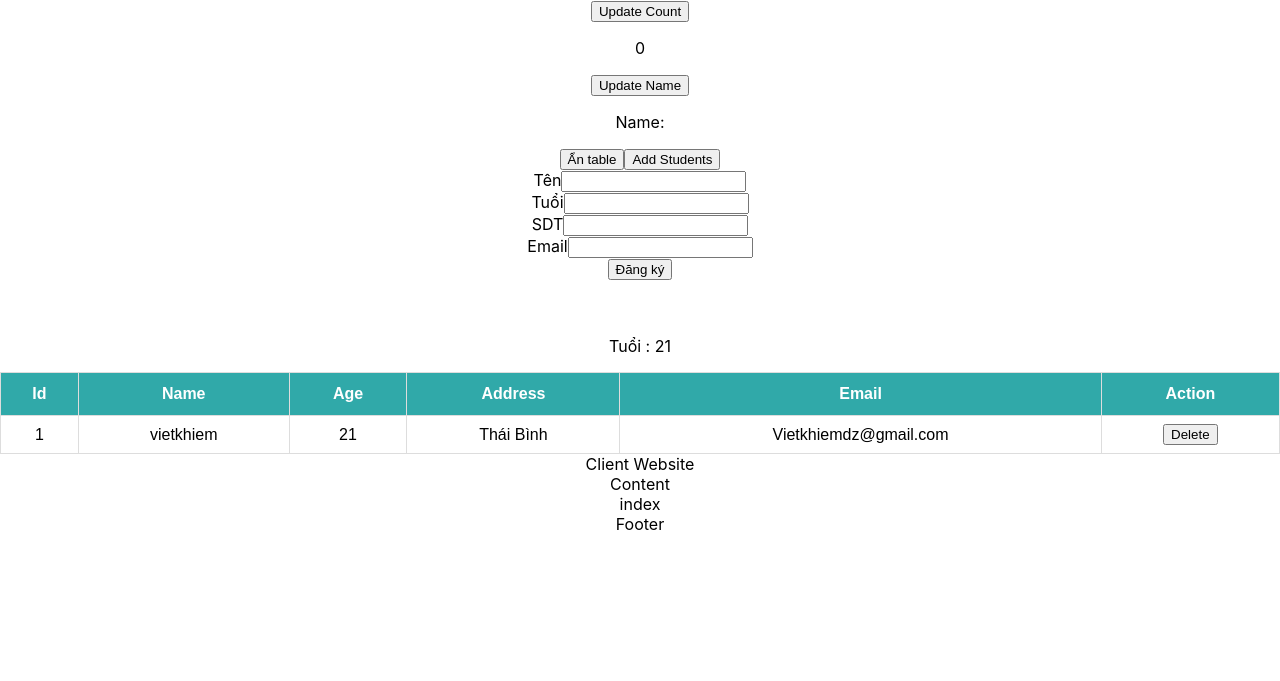
Repository: vietkhiem/TypeScript
Page: /
These files come from the project's save history. The page is drawn as it stood at one moment and after the next save; the edit follows.
The browser window is 1280 px wide. The pictures show the whole page.
The project was rebuilt for these pictures with package versions that can differ from the ones it lists, and the page was loaded fresh each time. Also part of the build but not shown: src/pages/product/Product.tsx, src/pages/layouts/AdminLayout.tsx, src/pages/adminHomePage/index.tsx.

Above is the page before, as saved 2022-03-20 15:19:45.

### src/App.tsx
import React, {useState} from 'react';
import './App.css';
import Login from './pages/login';
import TableCustom from './pages/table';
import ClientLayout from './pages/layouts/ClientLayout';
import Product from './pages/product/Product';
import AdminLayout from './pages/layouts/AdminLayout';
import AdminHomePage from './pages/adminHomePage';
import HomePage from './pages/homepage';

import {Routes, Route, BrowserRouter,} from 'react-router-dom';

type Student = {
  name: string,
  age: number,
  address: string,
  phone: number
}

function App() {
  const [count, setCount] = useState<number>(0);
  const [name, setName] = useState<string>('');
  //state trang thai hien thi bang
  const [isShowTable, setShowTable] = useState<boolean>(true);
  const studentsData = [
    {
      name: 'vietkhiem',
      age: 21,
      address: 'Thái Bình',
      email: 'Vietkhiemdz@gmail.com',
      action: 'Delete'
    }
  ]
  return (
    <div className="App">
      <button onClick={() => setCount(count+1)}>Update Count</button>
        <p>{count}</p>

      <button onClick={() => setName('viet khiem')}>Update Name</button>
        <p>Name: {name}</p>

        <button onClick={() => setShowTable(!isShowTable)}>
        {isShowTable === true ? 'Ẩn' : 'Hiện'}  table</button>

        <button>Add Students</button>
      {/* thêm view login vào trong App.tsx */}
        <Login />
        {/* thêm components table vào app */}
        {
          isShowTable === true
        ? <TableCustom rows={studentsData} />
        :null
        }
      {/* cau hinh route */}
      <BrowserRouter>
        <Routes>
          <Route path="/" element={<ClientLayout />}>
            <Route index element={<HomePage />} />
            <Route path="teams" element={<Product />}>
              <Route path=":teamId" element={<AdminLayout />} />
              <Route path="new" element={<AdminHomePage />} />
            </Route>
          </Route>
        </Routes>
      </BrowserRouter>
    </div>
  );
}

export default App;

### src/App.css
.App {
  text-align: center;
}

.App-link {
  color: #61dafb;
}

@keyframes App-logo-spin {
  from {
    transform: rotate(0deg);
  }
  to {
    transform: rotate(360deg);
  }
}
.customers {
  font-family: Arial, Helvetica, sans-serif;
  border-collapse: collapse;
  width: 100%;
}

.customers td, .customers th {
  border: 1px solid #ddd;
  padding: 8px;
}

.customers tr:nth-child(even){background-color: #f2f2f2;}

.customers tr:hover {background-color: #ddd;}

.customers th {
  padding-top: 12px;
  padding-bottom: 12px;
  text-align: center;
  background-color: rgb(48, 169, 169);
  color: white;
}

### src/pages/login/index.tsx
import React, { useState } from 'react'

const Student = () => {
  type studenType = {
    name: string
    age: number
    phone: string
    email: string
  }
  const [data, setData] = useState<studenType[]>([
    {
      name: 'Nguyễn Viết Khiêm',
      age: 21,
      phone: '0965225408',
      email: 'khiemnvph10889@fpt.edu.vn',
    }
  ])
  const removeProduct = (id: number) => {
    console.log(id)
  }
  type info = {
    age: number
  }
  const showAge = (props: info): number => {
    return props.age
  }
  const [isShowTable, SetShowTable] = useState<boolean>(true)
  const [namevalue, setname] = useState<string>('')
  const [agevalue, setage] = useState<string>('')
  const [phonevalue, setphone] = useState<string>('')
  const [emailvalue, setemail] = useState<string>('')
  const [avatarvalue, setavatar] = useState<string>('')
  const onSubmit = (): any => {
    const datanew: any = {
      name: namevalue,
      age: +agevalue,
      phone: phonevalue,
      email: emailvalue,
      avatar: avatarvalue,
    }
    console.log(datanew);

    setData([...data,datanew])
  }
  return (
    <>
      <div className="w-[1200px] mx-auto">
        <form action="">
          <div>
            <label htmlFor="">Tên</label>
            <input
              onChange={(e) => setname(e.target.value)}
              className="border border-2 border-black"
              type="text"
            />
          </div>
          <div className="mt-4">
            <label htmlFor="">Tuổi</label>
            <input
              onChange={(e) => setage(e.target.value)}
              className="border border-2 border-black"
              type="number"
            />
          </div>
          <div className="mt-4">
            <label htmlFor="">SDT</label>
            <input
              onChange={(e) => setphone(e.target.value)}
              className="border border-2 border-black"
              type="text"
            />
          </div>
          <div className="mt-4">
            <label htmlFor="">Email</label>
            <input
              onChange={(e) => setemail(e.target.value)}
              className="border border-2 border-black"
              type="email"
            />
          </div>
          <button
            onClick={(e) => {
              onSubmit()
              e.preventDefault()
            }}
            className="mt-4  border-2 border-black"
          >
            Đăng ký
          </button>
        </form>
        <br />
        <br />
        <p>Tuổi : {showAge({ age: 21 })}</p>
      </div>
    </>
  )
}

export default Student;

### src/pages/table/index.tsx
import React from "react";

type row = {
  name: string,
  age: number,
  address: string,
  email: string,
  action: string
}
type TableProps = {
  rows: row[]
}
function Table({rows} : TableProps) {
    return (
      <>
        <table className="customers">
          <thead>
              <tr>
                <th>Id</th>
                <th>Name</th>
                <th>Age</th>
                <th>Address</th>
                <th>Email</th>
                <th>Action</th>
              </tr>
          </thead>
          <tbody>
              {
                rows.map((row, index) => (
                  <tr key={index}>
                    <td>{index +1}</td>
                    <td>{row.name}</td>
                    <td>{row.age}</td>
                    <td>{row.address}</td>
                    <td>{row.email}</td>
                    <td>
                      <button>{row.action}</button>
                    </td>
                  </tr>
                ))
              }
          </tbody>
        </table>
      </>
    );
}
export default Table;

### src/pages/layouts/ClientLayout.tsx
import React from 'react'
import {Outlet} from 'react-router-dom';

type PropsType = {};

export default function ClientLayout(props: PropsType) {
    return (
    <div>
        <header>Client Website</header>
        <main>
            Content
            <Outlet/>
        </main>
        <footer>
            Footer
        </footer>
    </div>
)
}

### src/pages/homepage/index.tsx
import React from 'react'

function HomePage() {
  return (
    <div>index</div>
  )
}

export default HomePage;

Loaded but not shown: public/index.html (common file); src/index.tsx (common file); src/index.css (common file); src/reportWebVitals.ts (common file)

After the next save:
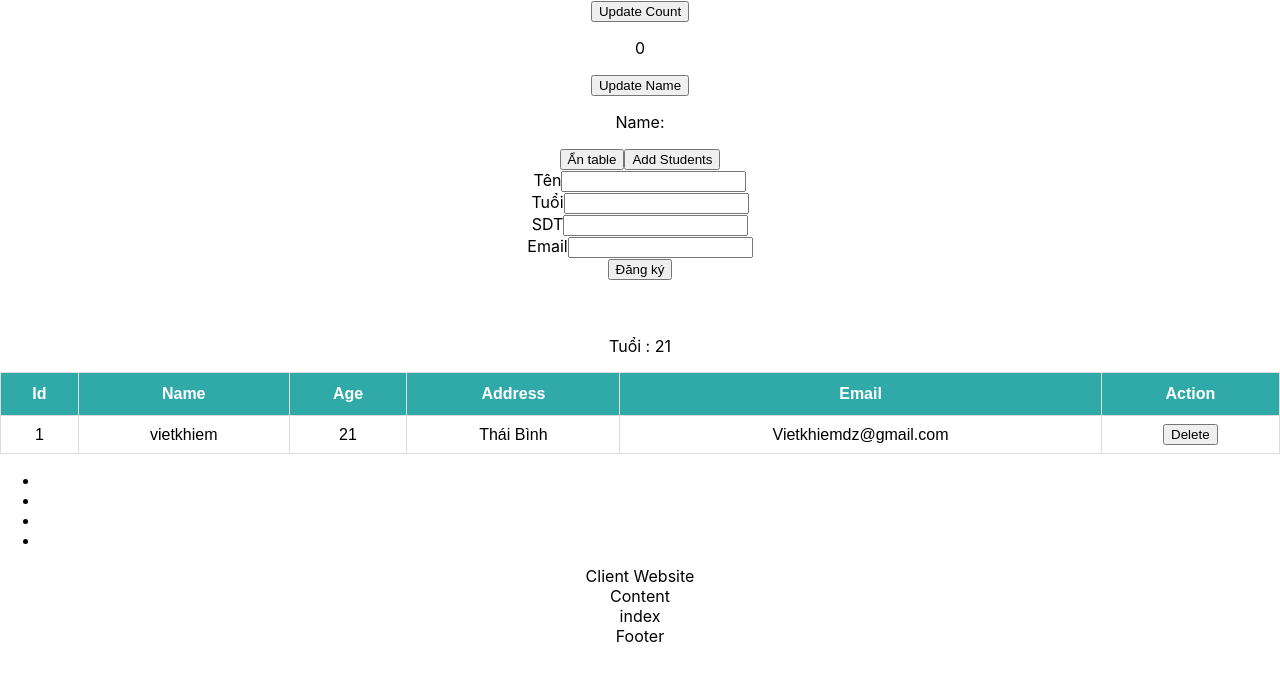
Saved 3 min 35 s later.
--- a/src/App.tsx
+++ b/src/App.tsx
@@ -8,7 +8,7 @@ import AdminLayout from './pages/layouts/AdminLayout';
 import AdminHomePage from './pages/adminHomePage';
 import HomePage from './pages/homepage';
 
-import {Routes, Route, BrowserRouter,} from 'react-router-dom';
+import {Routes, Route, BrowserRouter, Link} from 'react-router-dom';
 
 type Student = {
   name: string,
@@ -51,6 +51,19 @@ function App() {
         ? <TableCustom rows={studentsData} />
         :null
         }
+
+        <div>
+            <div>
+              <ul>
+                <li ></li>
+                <li></li>
+                <li></li>
+                <li></li>
+              </ul>
+            </div>
+        </div>
+
+
       {/* cau hinh route */}
       <BrowserRouter>
         <Routes>
